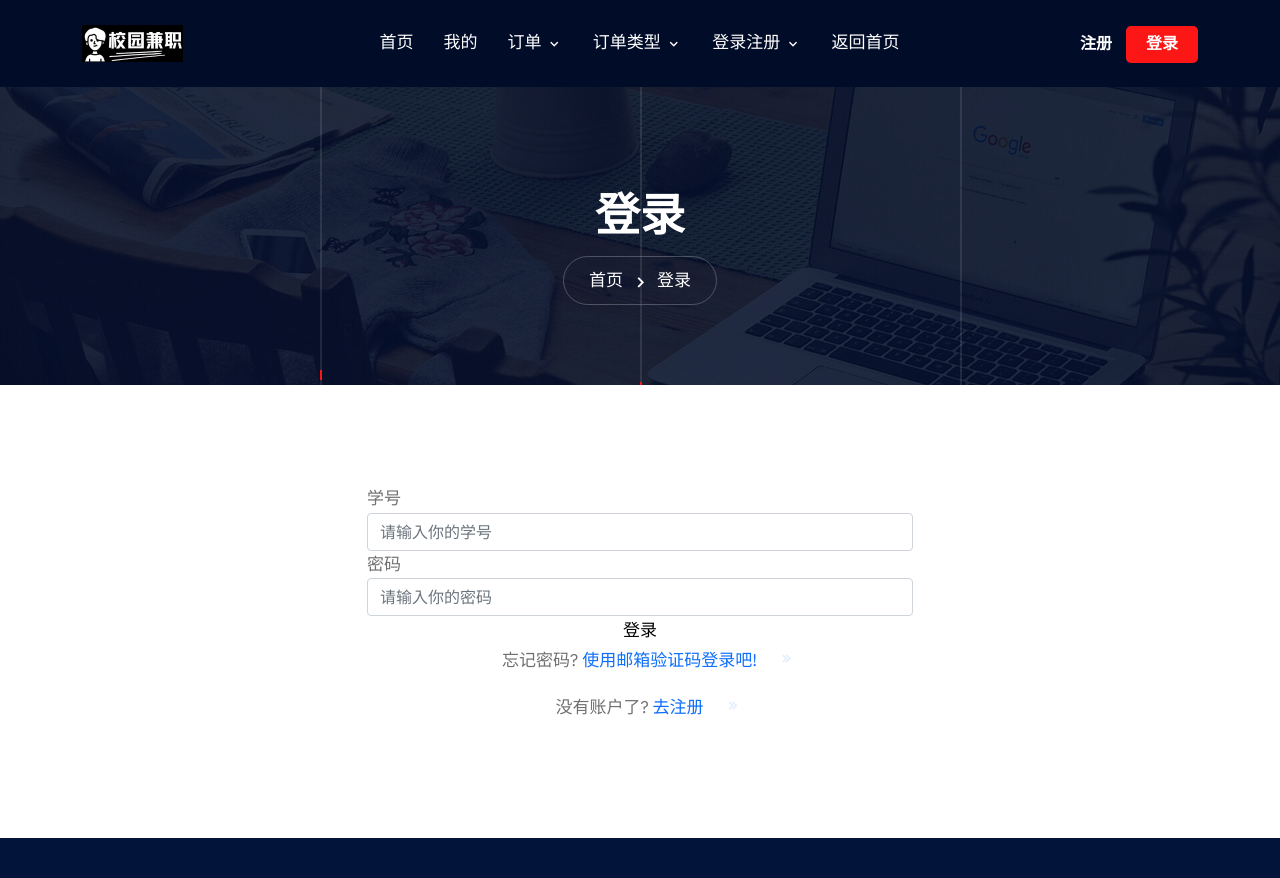
Repository: Aliceonly/Co-DecentralizedApplication
Page: html/sign-in.html
These files come from the project's save history. The page is drawn as it stood at one moment and after the next save; the edit follows.
The browser window is 1280 px wide. The pictures show the whole page.

Above is the page before, as saved 2022-05-04 17:24:20.

After the next save:
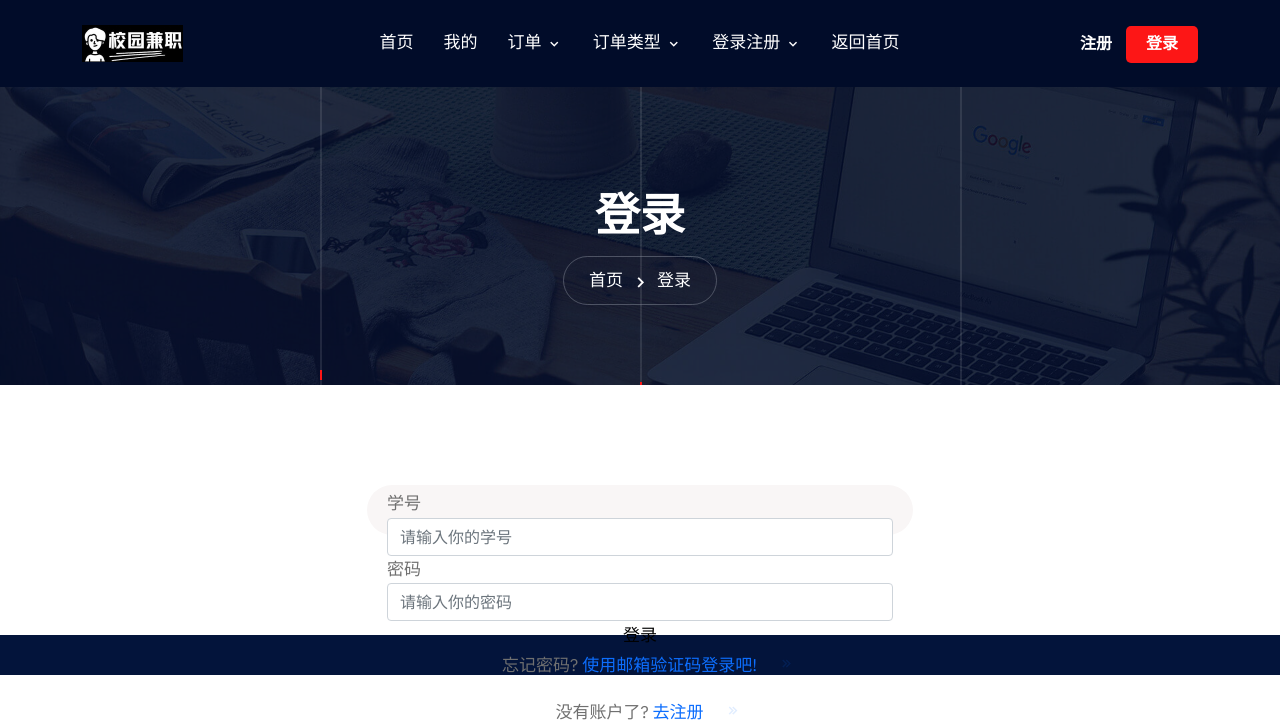
Saved 20 s later.
--- a/html/sign-in.html
+++ b/html/sign-in.html
@@ -169,7 +169,10 @@
         <div class="container">
             <div class="row">
                 <div class="col-lg-6 col-md-8 offset-md-2 offset-lg-3">
-                    <form  style="">
+                    <form  style="height: 50px;
+                    border-radius: 50px;
+                    padding: 5px 20px;
+                    background: #f9f6f6;">
                         <div class="form-group">
                             <label>学号</label>
                             <input type="number" class="form-control" placeholder="请输入你的学号" name="Sid" id="Sid" required="">
